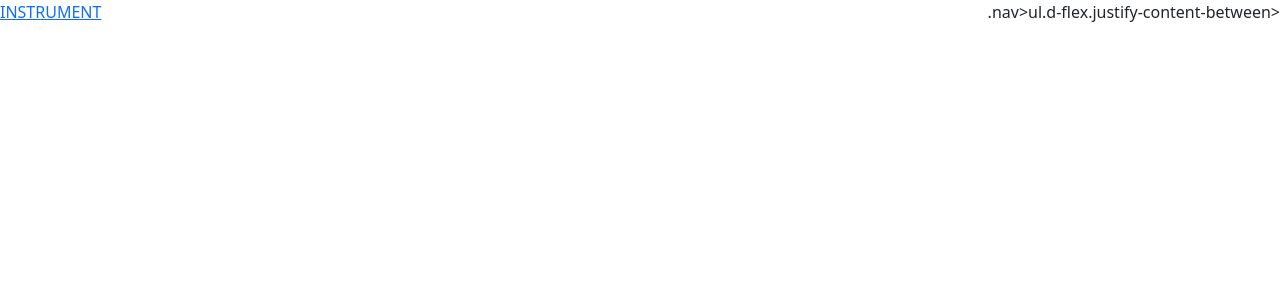
Repository: MazenAhmed0/INST_WebApp
Page: index.html
An editor plug-in stored every save of this project. The page is shown before and after the next save, followed by the edit.
The browser window is 1280 px wide. The pictures show the whole page.

Above is the page before, as saved 2024-12-30 17:32:56.

### index.html
<!DOCTYPE html>
<html lang="en">
<head>
    <meta charset="UTF-8">
    <meta name="viewport" content="width=device-width, initial-scale=1.0">
    <title>Document</title>
    <link rel="stylesheet" href="style.css">
    <link rel="stylesheet" href="Freamworks/css/bootstrap.min.css">
</head>
<body>
    <nav class="d-flex justify-content-between">
        <div class="navbar-brand">
            <a href="">INSTRUMENT</a>
        </div>
        .nav>ul.d-flex.justify-content-between>
    </nav>
</body>
</html>

Loaded but not shown: Freamworks/css/bootstrap.min.css (library); style.css (no copy from this time; the picture is the same without it)

After the next save:
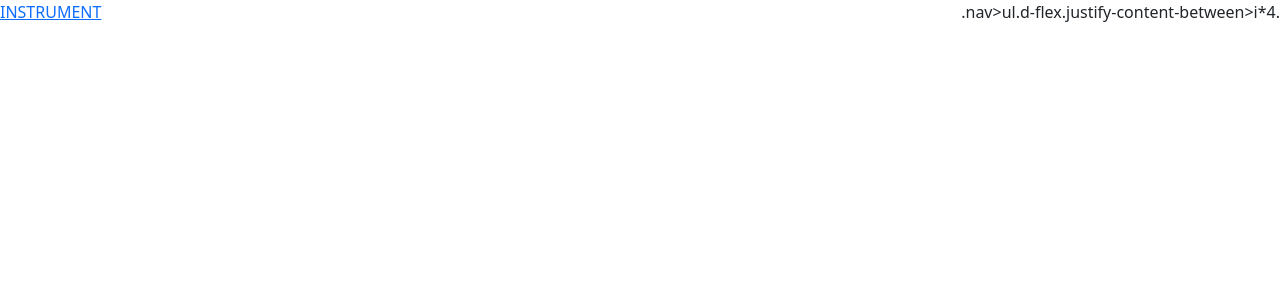
Saved 4 s later.
--- a/index.html
+++ b/index.html
@@ -12,7 +12,7 @@
         <div class="navbar-brand">
             <a href="">INSTRUMENT</a>
         </div>
-        .nav>ul.d-flex.justify-content-between>
+        .nav>ul.d-flex.justify-content-between>i*4.
     </nav>
 </body>
 </html>
